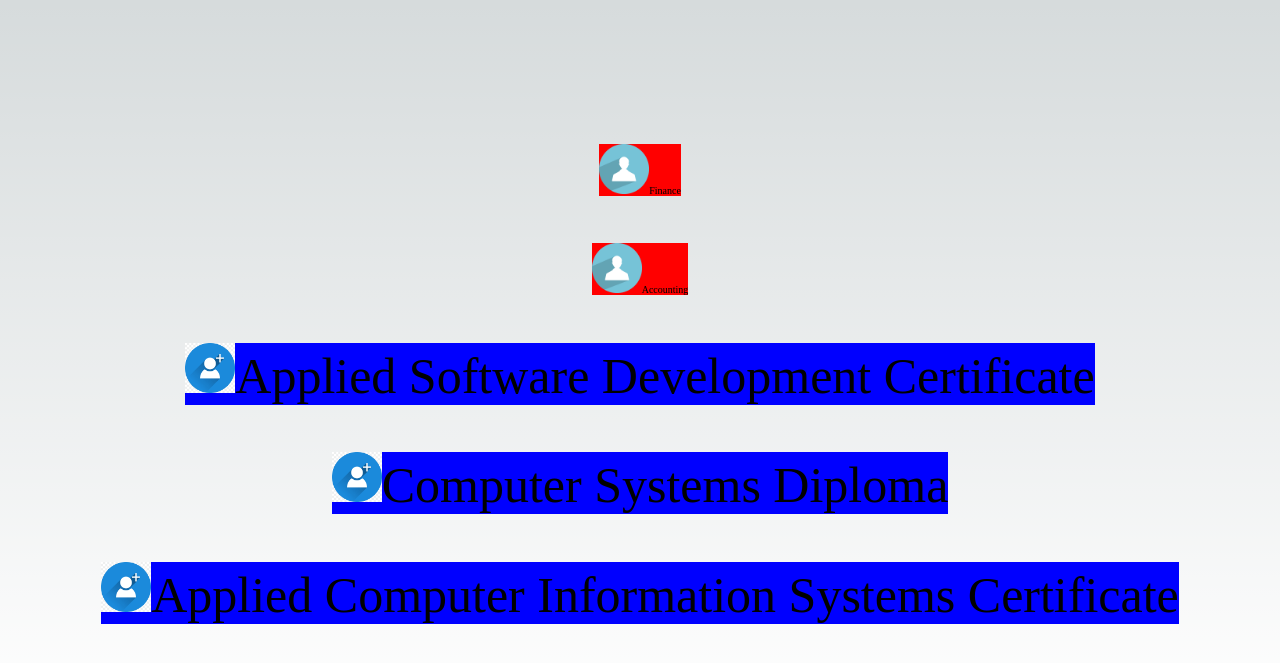
Repository: giovanabirck/mdia2109-class03
Page: /
The author's editor kept a copy of each file at every save. The page is drawn from the files as they stood at one save, then again after the next save.
The browser window is 1280 px wide. The pictures show the whole page.
The project was rebuilt for these pictures with package versions that can differ from the ones it lists, and the page was loaded fresh each time. The framework's server and built-in components were replaced by stand-ins that run in the browser. Also part of the build but not shown: next.config.js.

Above is the page before, as saved 2023-01-19 15:31:37.

After the next save:
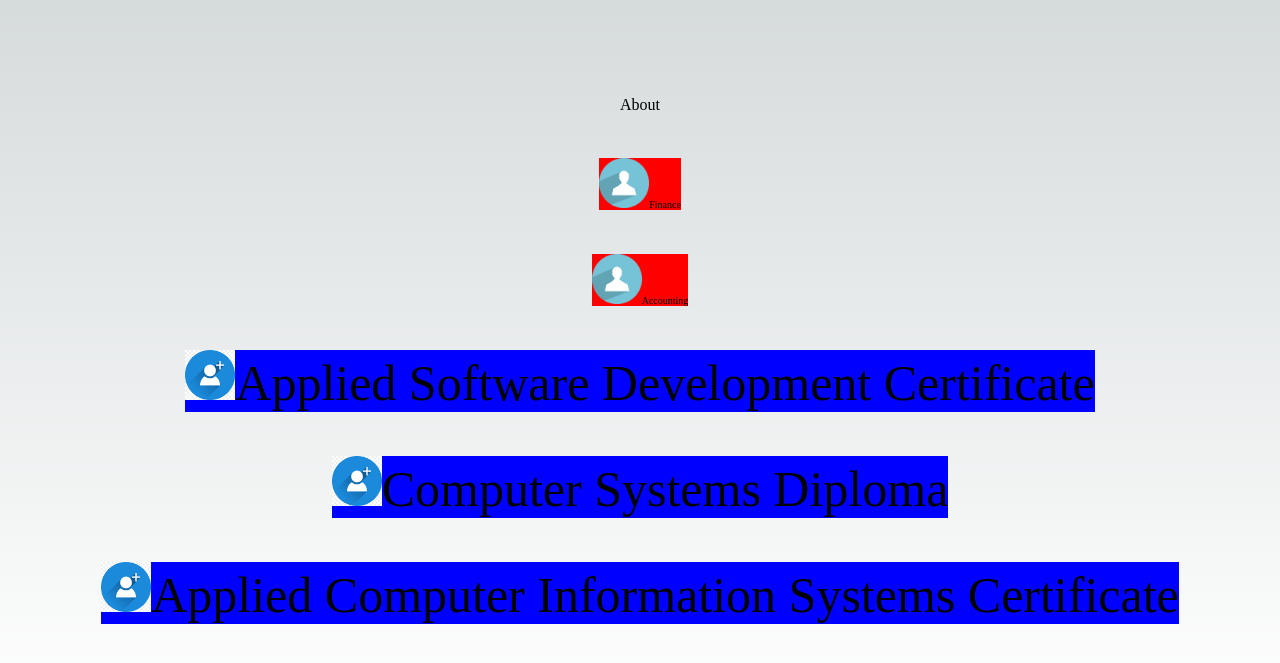
Saved 1 s later.
--- a/pages/index.js
+++ b/pages/index.js
@@ -24,7 +24,7 @@ export default function Home() {
         <link rel="icon" href="/favicon.ico" />
       </Head>
       <main className={styles.main}>
-        <Link href="about"></Link>
+        <Link href="about">About</Link>
 
         {
           information && information.map((info, index) => {
